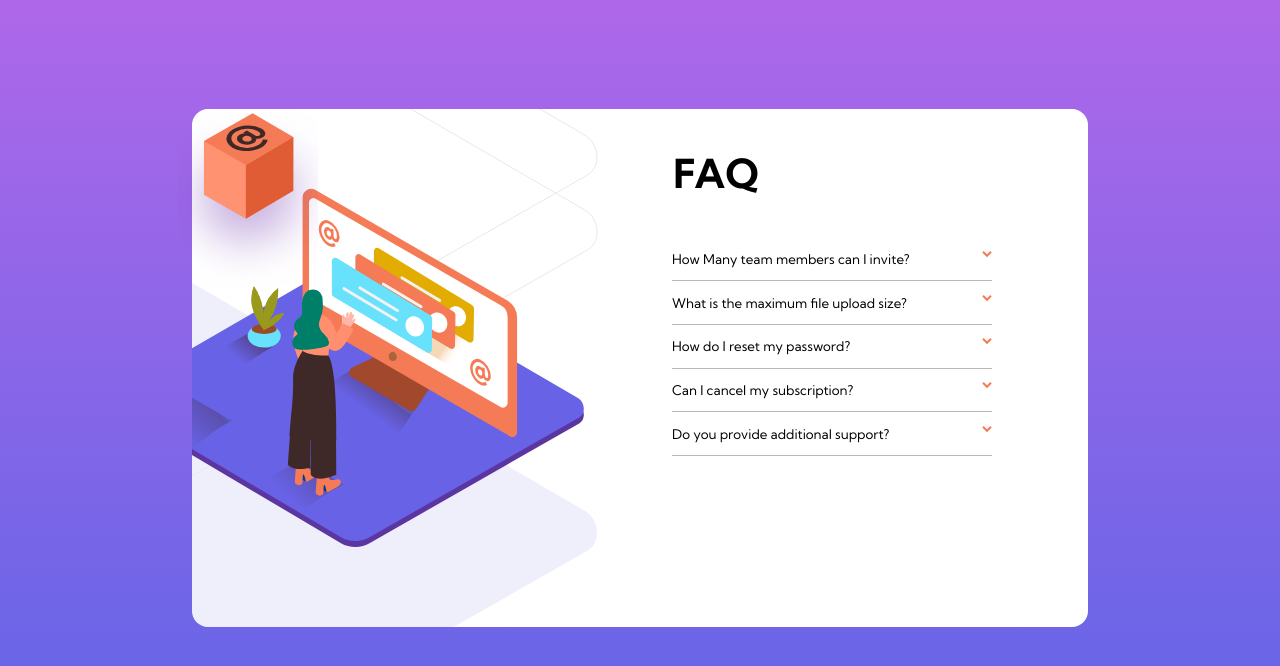
Repository: ryanwilll/ProjetoFAQ
Page: index.html
These files come from the project's save history. The page is drawn as it stood at one moment and after the next save; the edit follows.
The browser window is 1280 px wide. The pictures show the whole page.

Above is the page before, as saved 2022-10-28 12:20:55.

### index.html
<!DOCTYPE html>
<html lang="pt-br">

<head>
  <meta charset="UTF-8">
  <meta name="viewport" content="width=device-width, initial-scale=1.0">
  <!-- displays site properly based on user's device -->
  <link rel="preconnect" href="https://fonts.googleapis.com">
  <link rel="preconnect" href="https://fonts.gstatic.com" crossorigin>
  <link rel="preconnect" href="https://fonts.googleapis.com">
  <link rel="preconnect" href="https://fonts.gstatic.com" crossorigin>
  <link href="https://fonts.googleapis.com/css2?family=Kumbh+Sans:wght@400;700&display=swap" rel="stylesheet">
  <link rel="icon" type="image/png" sizes="32x32" href="./images/favicon-32x32.png">
  <link rel="stylesheet" href="./css/style.css">
  <link rel="stylesheet" href="./css/allmedia.css">
  <title>Frontend Mentor | FAQ Accordion Card</title>

  <!-- Feel free to remove these styles or customise in your own stylesheet 👍 -->
</head>

<body>

  <main class="container">
    <div class="card-white">
      <div class="imgs">
        <img class="img-principal" src="./images/illustration-woman-online-mobile.svg" alt="Ilustração Mobile">
        <img class="sombra-img-principal" src="./images/bg-pattern-mobile.svg" alt="Sombreamento da Imagem">
      </div>

      <div class="imgs-desktop">
        <img class="Box-Imagem" src="./images/illustration-box-desktop.svg" alt="Box da Imagem">
      </div>
      <h1 class="FAQ">FAQ</h1>
      <div class="faq-menu">

        <div class="text">
          <button class="button-answer">
            <div class="question"> How Many team members can I invite?<img class="seta"
                src="./images/icon-arrow-down.svg" alt="Seta para baixo"></div>

          </button>
          <p class="answer"> You can invite up to 2 additional users on the Free plan. There is no limit on team
            members
            for the Premium
            plan.</p>
        </div>
        <div class="text">
          <button class="button-answer">
            <div class="question"> What is the maximum file upload size?<img class="seta"
                src="./images/icon-arrow-down.svg" alt="Seta para baixo"></div>

          </button>
          <p class="answer"> No more than 2GB. All files in your account must fit your allotted storage space.</p>
        </div>
        <div class="text">
          <button class="button-answer">
            <div class="question"> How do I reset my password?<img class="seta" src="./images/icon-arrow-down.svg"
                alt="Seta para baixo"></div>

          </button>
          <p class="answer"> Click “Forgot password” from the login page or “Change password” from your profile page.
            A reset link will be emailed to you.</p>
        </div>
        <div class="text">
          <button class="button-answer">
            <div class="question"> Can I cancel my subscription?<img class="seta" src="./images/icon-arrow-down.svg"
                alt="Seta para baixo"></div>

          </button>
          <p class="answer"> Yes! Send us a message and we’ll process your request no questions asked.</p>
        </div>
        <div class="text">
          <button class="button-answer">
            <div class="question"> Do you provide additional support?<img class="seta"
                src="./images/icon-arrow-down.svg" alt="Seta para baixo"></div>

          </button>
          <p class="answer"> You can invite up to 2 additional users on the Free plan. There is no limit on team
            members
            for the Premium
            plan.</p>
        </div>
      </div>

    </div>
  </main>
  <script src="./src/index.js"></script>
</body>

</html>

### css/style.css
@charset "UTF-8";
input,
textarea,
button,
select,
a {
  -webkit-tap-highlight-color: rgba(0, 0, 0, 0);
}
/*Versão Mobile First*/
* {
  font-family: "Kumbh Sans", sans-serif;
  margin: 0px;
  padding: 0px;
  box-sizing: border-box;
}

body {
  background: linear-gradient(hsl(273, 75%, 66%) 80%, hsl(240, 73%, 65%));
  background: linear-gradient(hsl(273, 75%, 66%) 80%, hsl(240, 73%, 65%));
  background-repeat: no-repeat;
  position: relative;
  height: 100vh;
  width: 100vw;
}

.card-white {
  background-color: white;
  width: 90vw;
  max-height: 100vh;
  margin: 10em auto;
  border-radius: 1em;
  padding-bottom: 5em;
}

.card-white .imgs {
  position: relative;
  width: 50vw;
  margin: auto;
  top: -5.5em;
  z-index: 1;
}

.card-white .imgs .sombra-img-principal {
  position: relative;
  width: 50vw;
  margin: auto;
  top: -4.5em;
  z-index: -1;
}
.card-white .FAQ {
  font-size: 2.5em;
  text-align: center;
  font-weight: 600;
  margin: -3em 0em 1em;
}

.card-white button {
  border-style: none;
  text-align: left;
  background-color: transparent;
  transition: color ease-in-out 0.2s;
  justify-content: space-between;
  cursor: pointer;
  width: 80vw;
}

.card-white button img {
  position: relative;
  float: right;
  margin: auto;
}

.imgs-desktop {
  display: none;
}

.card-white button:hover {
  color: orange;
}

.card-white .faq-menu .text .question {
  width: 80vw;
  margin: 1em 0em;
}

.card-white .answer {
  visibility: hidden;
  height: 0;
  transition: height 0.5s ease;
}
.card-white .faq-menu .text {
  border-bottom: 1px solid rgb(187, 186, 186);
  width: 80vw;
  margin: auto;
}

.card-white .faq-menu .text.active .question {
  font-weight: bold;
}

.card-white .faq-menu .text.active .answer {
  visibility: visible;
  height: 2.4em;
  margin: 0.5em 0em;
  width: 75vw;
  font-size: 0.7em;
  margin-bottom: 2em;
  animation: fade 1s ease-in-out;
}

.card-white .faq-menu .text.active .seta {
  transform: rotate(180deg);
}
.seta {
  transition: transform 0.5s ease-in;
}

@keyframes fade {
  from {
    opacity: 0;
    transform: translateY(-10px);
  }
  to {
    opacity: 1;
    transform: translateY(0px);
  }
}

### css/allmedia.css
@media screen and (min-width: 600px) and (max-width: 768px) {
  body {
    background: linear-gradient(hsl(273, 75%, 66%) 80%, hsl(240, 73%, 65%));
    background: linear-gradient(hsl(273, 75%, 66%) 80%, hsl(240, 73%, 65%));
    background-repeat: no-repeat;
    position: relative;
    height: 100vh;
    width: 100vw;
  }
  .card-white {
    max-height: 100%;
    margin: 13em auto;
    border-radius: 1em;
    padding-bottom: 5em;
  }
  .card-white .imgs {
    top: -10.5em;
  }

  .card-white .imgs .sombra-img-principal {
    top: -7.5em;
  }
  .card-white .FAQ {
    font-size: 3.5em;
    margin: -5em 0em 1em;
  }

  .card-white button img {
    width: 1.5em;
    height: 1em;
  }
  .card-white .faq-menu .text .question {
    font-size: 2em;
  }
  .card-white .faq-menu .text.active .answer {
    font-size: 1.5em;
  }
}

@media screen and (min-width: 769px) and (max-width: 992px) {
  body {
    background: linear-gradient(hsl(273, 75%, 66%) 80%, hsl(240, 73%, 65%));
    background: linear-gradient(hsl(273, 75%, 66%) 80%, hsl(240, 73%, 65%));
    background-repeat: no-repeat;
    position: relative;
    height: 100%;
    width: 100%;
  }
  .card-white {
    max-height: 100%;
    margin: 15em auto;
    border-radius: 1em;
    padding-bottom: 5em;
  }
  .card-white .imgs {
    top: -10.5em;
  }

  .card-white .imgs .sombra-img-principal {
    top: -7.5em;
  }
  .card-white .FAQ {
    font-size: 4em;
    margin: -3em 0em 1em;
  }
  .card-white button img {
    width: 1.5em;
    height: 1em;
  }
  .card-white .faq-menu .text .question {
    font-size: 2em;
  }
  .card-white .faq-menu .text.active .answer {
    font-size: 1.5em;
  }
}

@media screen and (min-width: 993px) and (max-width: 1200px) {
  body {
    background: linear-gradient(hsl(273, 75%, 66%) 80%, hsl(240, 73%, 65%));
    background: linear-gradient(hsl(273, 75%, 66%) 80%, hsl(240, 73%, 65%));
    background-repeat: no-repeat;
    position: relative;
    height: 100%;
    width: 100%;
  }
  .card-white {
    max-height: 100%;
    margin: 15em auto;
    border-radius: 1em;
    padding-bottom: 5em;
  }
  .card-white .imgs {
    top: -16.5em;
  }

  .card-white .imgs .sombra-img-principal {
    top: -11.5em;
  }
  .card-white .FAQ {
    font-size: 5em;
    margin: -5.5em 0em 1em;
  }
  .card-white button img {
    width: 1.5em;
    height: 1em;
  }
  .card-white .faq-menu .text .question {
    font-size: 2.3em;
  }
  .card-white .faq-menu .text.active .answer {
    font-size: 1.7em;
  }
}

@media screen and (min-width: 1201px) {
  body {
    margin: 0;
    height: 100%;
    min-height: 100vh;
    max-width: 100vw;
    background: linear-gradient(hsl(273, 75%, 66%), hsl(240, 73%, 65%));
    display: grid;
    justify-content: center;
    align-content: center;
    overflow-x: hidden;
  }
  .imgs {
    display: none;
  }

  .card-white {
    position: relative;
    background-color: white;
    min-height: 70vh;
    height: 100%;
    width: 70vw;
    margin: 8em auto 0.4em auto;
    border-radius: 1em;
    padding-bottom: 5em;
    box-sizing: border-box;

    background: url(../images/illustration-woman-online-desktop.svg) center left -5em
        no-repeat,
      url(../images/bg-pattern-desktop.svg) bottom -11em left -35em no-repeat;
    background-color: white;
  }
  .card-white::before {
    content: "";
    background: url(../images/illustration-box-desktop.svg) center;
    width: 8.75em;
    height: 11.8em;
    position: absolute;
    left: -1.6%;
  }

  .card-white .FAQ {
    font-size: 2.5em;
    font-weight: 600;
    padding-top: 1em;
    box-sizing: border-box;
    margin-left: 3.8em;
  }
  .card-white .faq-menu .text {
    border-bottom: 1px solid rgb(187, 186, 186);
    width: 25vw;
    margin-right: 6em;
  }
  .card-white button {
    width: 25vw;
  }
  .card-white button img {
    margin: auto;
  }
  .card-white .faq-menu .text .question {
    width: 25vw;
  }
  .card-white .faq-menu .text .answer {
    max-width: 25vw;
  }
}

### src/index.js
const faqs = document.querySelectorAll(".text");

faqs.forEach((faq) => {
  faq.addEventListener("click", () => {
    faq.classList.toggle("active");
  });
});

After the next save:
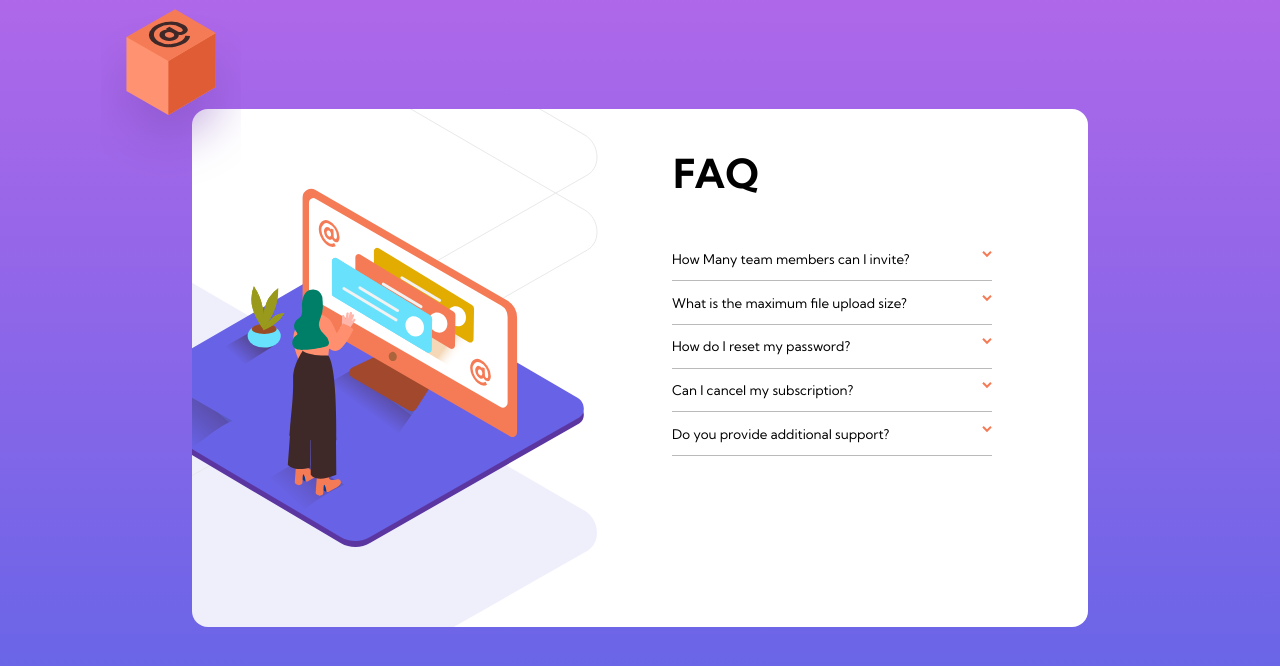
Saved 12 s later.
--- a/css/allmedia.css
+++ b/css/allmedia.css
@@ -147,11 +147,14 @@
   }
   .card-white::before {
     content: "";
-    background: url(../images/illustration-box-desktop.svg) center;
+    background: url(../images/illustration-box-desktop.svg) center no-repeat;
     width: 8.75em;
     height: 11.8em;
     position: absolute;
     left: -1.6%;
+    transform: translate(-55%, -55%);
+    animation: boxHop 2s ease-in-out;
+    animation-iteration-count: infinite;
   }
 
   .card-white .FAQ {
